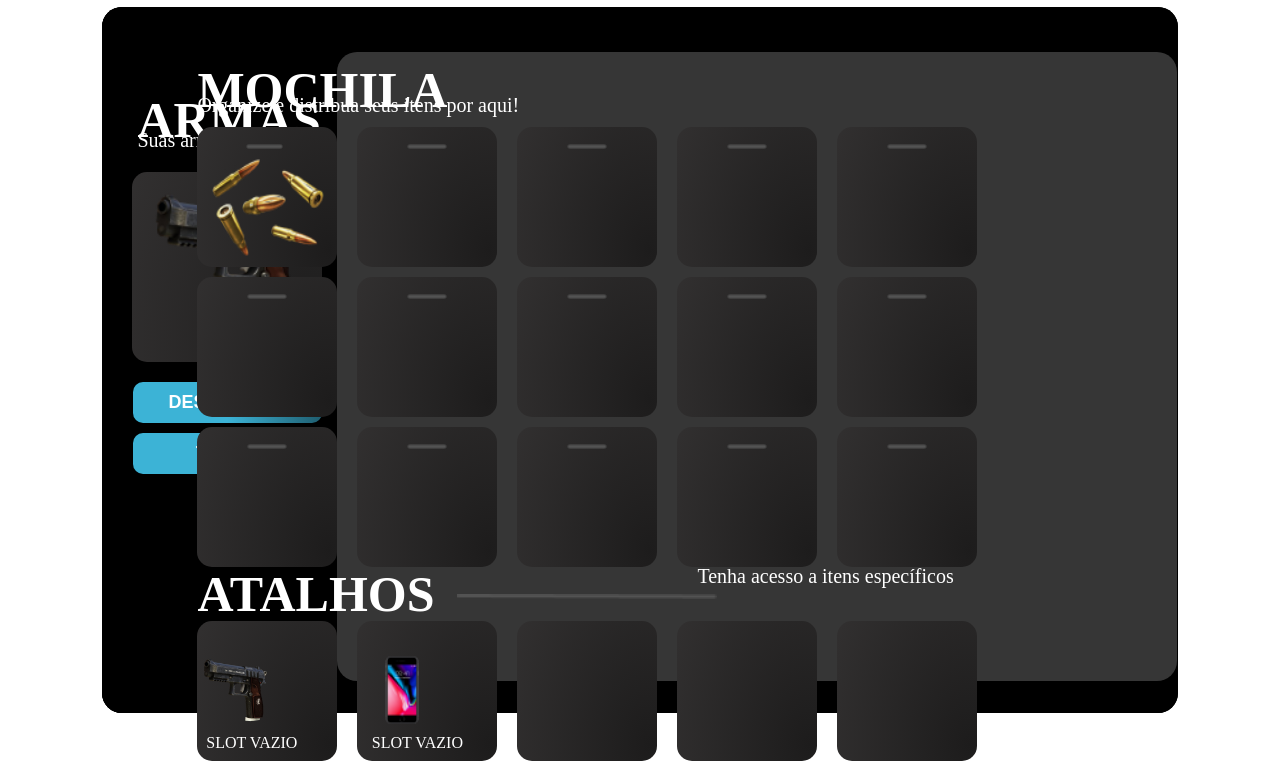
Repository: DuMCorrea/Mochila
Page: index.html
These files come from the project's save history. The page is drawn as it stood at one moment and after the next save; the edit follows.
The browser window is 1280 px wide. The pictures show the whole page.
Some web fonts or font styles are not loaded; a fallback is used.

Above is the page before, as saved 2024-09-03 10:37:09.

After the next save:
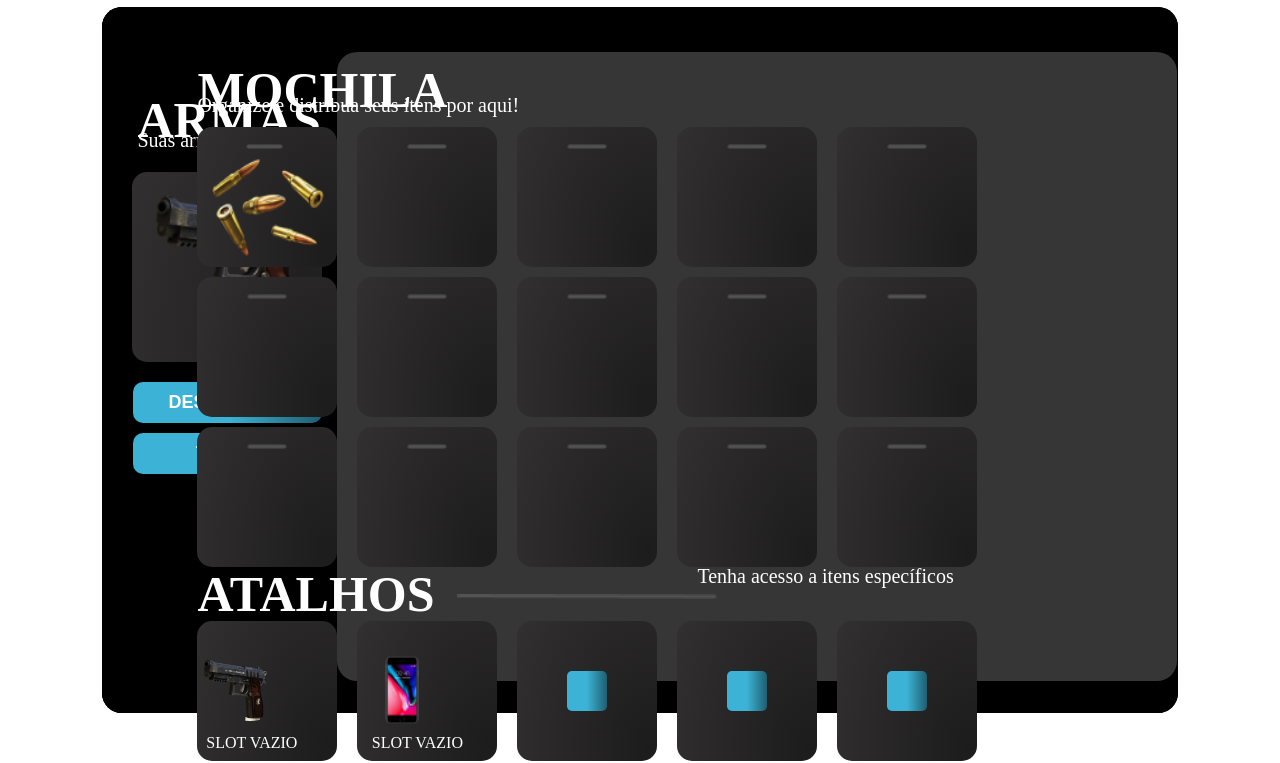
Saved 15 s later.
--- a/styles.css
+++ b/styles.css
@@ -301,3 +301,11 @@ body, html {
     bottom: 50px;
     left: 75px;
 }
+
+.blue-square {
+    width: 40px; /* Largura do quadrado pequeno */
+    height: 40px; /* Altura do quadrado pequeno */
+    background: linear-gradient(90deg, #3CB3D6 49.9%, #1F5E70 100%); /* Cor de fundo conforme especificado */
+    border-radius: 5px; /* Bordas levemente arredondadas, se desejar */
+    position: relative;
+}
